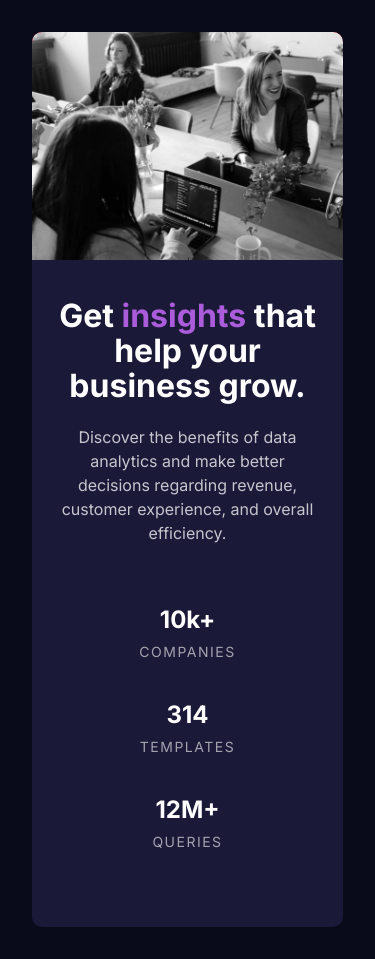
Repository: keisewarsame/stats-preview-frontendmentor
Page: index.html
The author's editor kept a copy of each file at every save. The page is drawn from the files as they stood at one save, then again after the next save.
The browser window is 375 px wide. The pictures show the whole page.

Above is the page before, as saved 2022-07-12 14:49:00.

### index.html
<!DOCTYPE html>
<html lang="en">
<head>
  <meta charset="UTF-8">
  <meta name="viewport" content="width=device-width, initial-scale=1.0"> <!-- displays site properly based on user's device -->
  <link rel="icon" type="image/png" sizes="32x32" href="./images/favicon-32x32.png">
  <link rel="stylesheet" href="styles.css">
  <title>Frontend Mentor | Stats preview card component</title>
</head>
<body>
    <div class="container">
        <div class="wrapper">
            <div class="text-component">
                <h1 class="title">Get <span>insights</span> that help your business grow.</h1>
                <p class="subtitle">Discover the benefits of data analytics and make better decisions regarding revenue, customer experience, and overall efficiency.</p>
                <div class="stats-component">
                    <div>
                        <p class="num">10k+</p>
                        <p class="stats-sub">Companies</p>
                    </div>
                    <div>
                        <p class="num">314</p>
                        <p class="stats-sub">Templates</p>
                    </div>
                    <div>
                        <p class="num">12M+</p>
                        <p class="stats-sub">Queries</p>
                    </div>
                </div>
            </div>
            <div class="image-component">
                <div></div>
                <div></div>
                <div></div>
                <div></div>
                <div></div>
                <div></div>
                <div></div>
                <div></div>
                <div></div>
                <div></div>
                <div></div>
                <div></div>
                <div></div>
                <div></div>
                <!-- <img src="/images/image-header-desktop.jpg" alt=""> -->
            </div>
        </div>
    </div>
</body>
</html>

### styles.css
@import url('https://fonts.googleapis.com/css2?family=Inter:wght@400;700&family=Lexend+Deca&display=swap');

* {
    margin: 0;
    padding: 0;
}

body {
    font-family: 'Inter', sans-serif;
    display: flex;
    align-items: center;
    min-height: 100vh;
    background-color: hsl(233, 47%, 7%);
}

.container {
    margin: 0 auto;
    max-width: 1040px;
}

.wrapper {
    background-color: hsl(244, 38%, 16%);
    display: grid;
    grid-template-columns: 1fr 1fr;
    border-radius: 10px;
    overflow: hidden;
    margin: 2rem;
}

.text-component {
    padding: 13%;
    font-family: 'Inter', sans-serif;
}

.title {
    color: hsl(0, 0%, 100%);
    padding-bottom: 22px;
    font-weight: 700;
}

.title span {
    color: hsl(277, 64%, 61%)
}

.subtitle {
    color: hsla(0, 0%, 100%, 0.75);
    line-height: 1.5;
    font-size: 15px;
}

.stats-component {
    display: flex;
    justify-content: space-between;
    padding-top: 60px;
}

.num {
    color: hsl(0, 0%, 100%);
    font-weight: 700;
    font-size: 24px;
    margin-bottom: 9px
}

.stats-sub {
    text-transform: uppercase;
    color: hsla(0, 0%, 100%, 0.6);
    font-size: 14px;
    letter-spacing: 1.5px;
}



.image-component {
    position: relative;
    background: url(/images/image-header-desktop.jpg) no-repeat;
    height: 100%;
    width: 100%;
}

img {
    height: 100%;
    width: 100%;
}

.image-component::after {
    position: absolute;
    content: '';
    height: 100%;
    width: 100%;
    top: 0;
    right: 0;
    background-color: hsla(277, 64%, 61%, 0.6);;
}

@media screen and (max-width: 425px) {
    body {
        text-align: center;
    }

    .wrapper {
        grid-template-columns: 1fr;
    }

    .image-component {
        position: relative;
        /* background: url(/images/image-header-mobile.jpg); */
        height: 100%;
        width: 100%;
        order: -1;
        content: url(/images/image-header-mobile.jpg);
        box-shadow: inset 10px 10px 10px red;
    }

    .image-component div {

    }


    .stats-component {
        flex-direction: column;
    }

    .text-component {
        padding: 12% 8%;
    }

    .title {
        line-height: 1.1;
    }

    .stats-component div {
        margin-bottom: 40px;
    }

    .subtitle {
        font-size: 16px;
        font-family: ;
    }
}

After the next save:
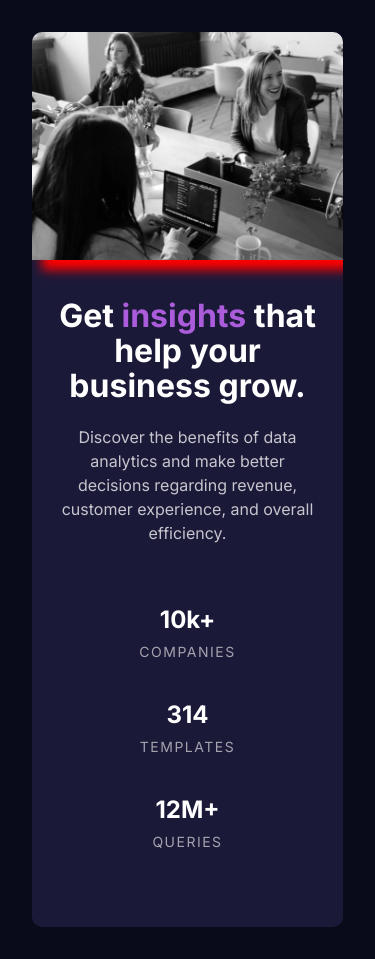
Saved 20 s later.
--- a/styles.css
+++ b/styles.css
@@ -108,7 +108,7 @@
         width: 100%;
         order: -1;
         content: url(/images/image-header-mobile.jpg);
-        box-shadow: inset 10px 10px 10px red;
+        box-shadow: 10px 10px 10px red;
     }
 
     .image-component div {

After the 2 saves that followed:
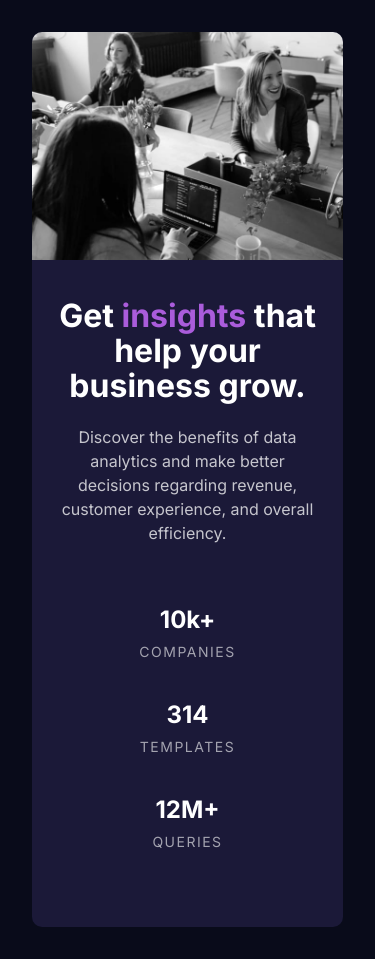
The 2 saves are shown as one change because 1 left the picture as it was.
The last was saved 24 s later.
--- a/styles.css
+++ b/styles.css
@@ -108,7 +108,7 @@
         width: 100%;
         order: -1;
         content: url(/images/image-header-mobile.jpg);
-        box-shadow: 10px 10px 10px red;
+
     }
 
     .image-component div {
